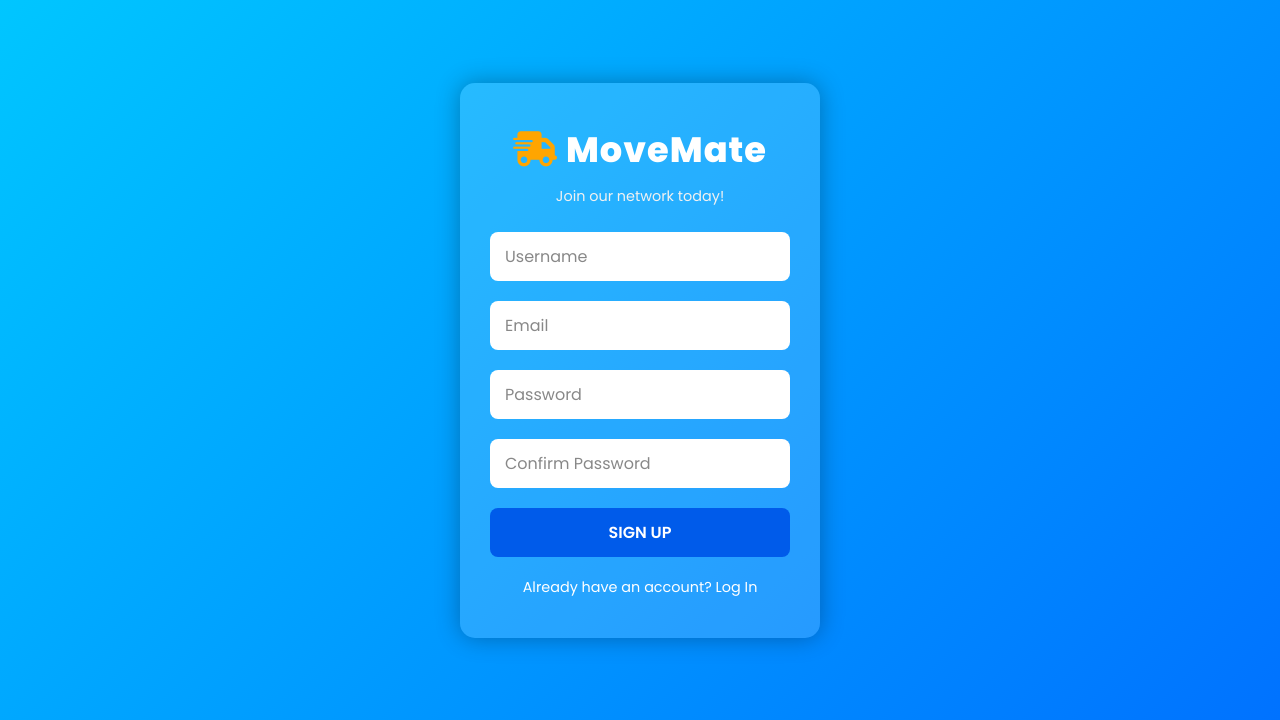
Repository: MoveMate7018/Slokdhorda7014
Page: registration.html
An editor plug-in stored every save of this project. The page is shown before and after the next save, followed by the edit.
The browser window is 1280 px wide. The pictures show the whole page.

Above is the page before, as saved 2025-10-27 14:53:25.

After the next save:
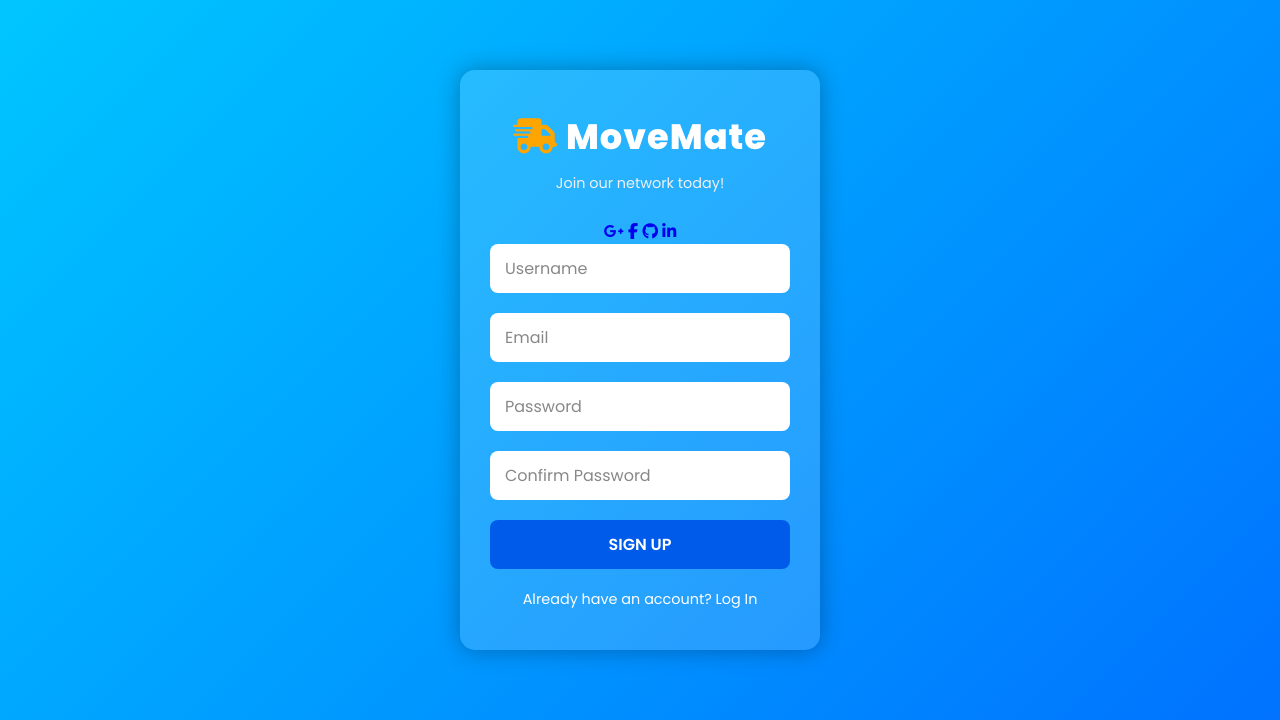
Saved 5 s later.
--- a/registration.html
+++ b/registration.html
@@ -18,6 +18,12 @@
         <p class="tagline">Join our network today!</p>
 
         <form action="login.html">
+             <div class="extra-login-options">
+          <a href="#" class="icon"><i class="fa-brands fa-google-plus-g"></i></a>
+          <a href="#" class="icon"><i class="fa-brands fa-facebook-f"></i></a>
+          <a href="#" class="icon"><i class="fa-brands fa-github"></i></a>
+          <a href="#" class="icon"><i class="fa-brands fa-linkedin-in"></i></a>
+        </div>
             <div class="input-box">
                 <input type="text" placeholder="Username" required>
             </div>
